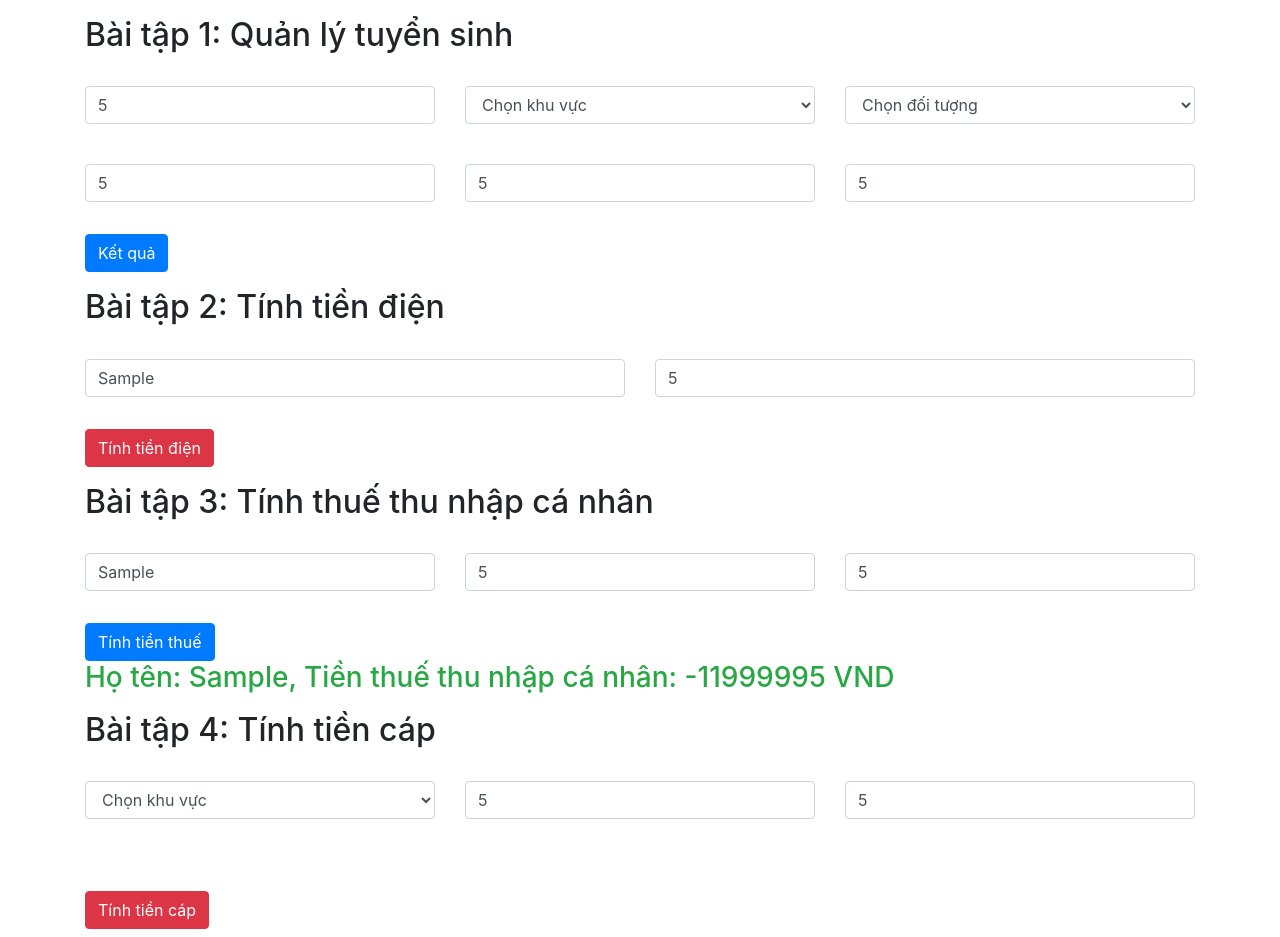
Repository: thanhfrankie/BC10-LeMinhThanh-Js-b5
Page: index.html
The author's editor kept a copy of each file at every save. The page is drawn from the files as they stood at one save, then again after a run of saves.
The browser window is 1280 px wide. The pictures show the whole page.
Empty fields were first filled with sample values (such as "Sample", 5 or name@example.com).
After loading, the first visible `button[onclick="tinhTienThue()"]` was clicked once.

Above is the page before, as saved 2023-12-24 22:06:11.

### index.html
<!DOCTYPE html>
<html lang="en">
  <head>
    <title>Title</title>
    <!-- Required meta tags -->
    <meta charset="utf-8" />
    <meta
      name="viewport"
      content="width=device-width, initial-scale=1, shrink-to-fit=no"
    />

    <!-- Bootstrap CSS -->
    <link
      rel="stylesheet"
      href="https://stackpath.bootstrapcdn.com/bootstrap/4.3.1/css/bootstrap.min.css"
      integrity="sha384-ggOyR0iXCbMQv3Xipma34MD+dH/1fQ784/j6cY/iJTQUOhcWr7x9JvoRxT2MZw1T"
      crossorigin="anonymous"
    />
  </head>
  <body>
    <!-- Bài tập 1 -->
    <div class="container">
      <h2 class="mt-3">Bài tập 1: Quản lý tuyển sinh</h2>
      <div class="row">
        <div class="col-sm-4">
          <div class="form-group">
            <label for="diem-chuan"></label>
            <input
              type="number"
              class="form-control"
              name=""
              id="diem-chuan"
              aria-describedby="helpId"
              placeholder="Điểm chuẩn"
              required
            />
          </div>
        </div>
        <div class="col-sm-4">
          <div class="form-group">
            <label for="khu-vuc"></label>
            <select class="form-control" id="khu-vuc">
              <option selected>Chọn khu vực</option>
              <option>A</option>
              <option>B</option>
              <option>C</option>
            </select>
          </div>
        </div>
        <div class="col-sm-4">
          <div class="form-group">
            <label for="doi-tuong"></label>
            <select class="form-control" id="doi-tuong">
              <option selected>Chọn đối tượng</option>
              <option>1</option>
              <option>2</option>
              <option>3</option>
            </select>
          </div>
        </div>
      </div>
      <div class="row">
        <div class="col-sm-4">
          <div class="form-group">
            <label for="diem-mon-thu-1"></label>
            <input
              type="number"
              class="form-control"
              name=""
              id="diem-mon-thu-1"
              aria-describedby="helpId"
              placeholder="Điểm môn thứ 1"
              required
            />
          </div>
        </div>
        <div class="col-sm-4">
          <div class="form-group">
            <label for="diem-mon-thu-2"></label>
            <input
              type="number"
              class="form-control"
              name=""
              id="diem-mon-thu-2"
              aria-describedby="helpId"
              placeholder="Điểm môn thứ 2"
              required
            />
          </div>
        </div>
        <div class="col-sm-4">
          <div class="form-group">
            <label for="diem-mon-thu-3"></label>
            <input
              type="number"
              class="form-control"
              name=""
              id="diem-mon-thu-3"
              aria-describedby="helpId"
              placeholder="Điểm môn thứ 3"
              required
            />
          </div>
        </div>
      </div>
      <button
        type="button"
        onclick="tuyenSinh()"
        class="btn btn-primary mt-3"
        id="ket-qua-tuyen-sinh"
      >
        Kết quả
      </button>
      <h3 id="ket-qua-cuoi-cung" class="text-success"></h3>
    </div>
    <!-- Bài tập 2 -->
    <div class="container">
      <h2 class="mt-3">Bài tập 2: Tính tiền điện</h2>
      <div class="row">
        <div class="col-sm-6">
          <div class="form-group">
            <label for="ho-ten"></label>
            <input
              type="text"
              class="form-control"
              name=""
              id="ho-ten"
              aria-describedby="helpId"
              placeholder="Nhập họ và tên"
              required
            />
          </div>
        </div>
        <div class="col-sm-6">
          <div class="form-group">
            <label for="so-kw"></label>
            <input
              type="number"
              class="form-control"
              name=""
              id="so-kw"
              aria-describedby="helpId"
              placeholder="Nhập số kw"
              required
            />
          </div>
        </div>
      </div>
      <button
        type="button"
        onclick="tinhTienDien()"
        class="btn btn-danger mt-3"
      >
        Tính tiền điện
      </button>

      <h3 id="thong-tin-hoa-don" class="text-success"></h3>
    </div>
    <!-- Bài tập 3-->
    <div class="container">
      <h2 class="mt-3">Bài tập 3: Tính thuế thu nhập cá nhân</h2>
      <div class="row">
        <div class="col-sm-4">
          <div class="form-group">
            <label for="nguoi-tinh-thue"></label>
            <input
              type="text"
              class="form-control"
              name=""
              id="nguoi-tinh-thue"
              aria-describedby="helpId"
              placeholder="Nhập họ tên"
              required
            />
          </div>
        </div>
        <div class="col-sm-4">
          <div class="form-group">
            <label for="thu-nhap-nam"></label>
            <input
              type="number"
              class="form-control"
              name=""
              id="thu-nhap-nam"
              aria-describedby="helpId"
              placeholder="Tổng thu nhập năm"
              required
            />
          </div>
        </div>
        <div class="col-sm-4">
          <div class="form-group">
            <label for="so-nguoi-phu-thuoc"></label>
            <input
              type="number"
              class="form-control"
              name=""
              id="so-nguoi-phu-thuoc"
              aria-describedby="helpId"
              placeholder="Số người phụ thuộc"
              required
            />
          </div>
        </div>
      </div>
      <button type="button" onclick="tinhTienThue()" class="btn btn-primary mt-3">
        Tính tiền thuế
      </button>
      <h3 id="tinh-tien-thue" class="text-success"></h3>
    </div>
    <!-- Bài tập 4-->
    <div class="container">
      <h2 class="mt-3">Bài tập 4: Tính tiền cáp</h2>
      <div class="row">
        <div class="col-sm-4">
          <div class="form-group">
            <label for="khach-hang"></label>
            <select class="form-control" id="khach-hang" onchange="chonKhachHang()">
              <option selected>Chọn khu vực</option>
              <option>Nhà Dân</option>
              <option>Doanh Nghiệp</option>
            </select>
          </div>
        </div>
        <div class="col-sm-4">
          <div class="form-group">
            <label for="ma-khach-hang"></label>
            <input
              type="number"
              class="form-control"
              name=""
              id="ma-khach-hang"
              aria-describedby="helpId"
              placeholder="Nhập mã khách hàng"
              required
            />
          </div>
        </div>
        <div class="col-sm-4">
          <div class="form-group">
            <label for="kenh-cao-cap"></label>
            <input
              type="number"
              class="form-control"
              name=""
              id="kenh-cao-cap"
              aria-describedby="helpId"
              placeholder="Số kênh cao cấp"
              required
            />
          </div>
        </div>
        <div class="col-sm-4">
          <div class="form-group">
            <label for="so-ket-noi"></label>
            <input
              style="display: none"
              type="number"
              class="form-control"
              name=""
              id="so-ket-noi"
              aria-describedby="helpId"
              placeholder="Số kết nối"
              required
            />
          </div>
        </div>
      </div>
      <button type="button" onclick="tinhTienCap()" class="btn btn-danger mt-3">
        Tính tiền cáp
      </button>

      <h3 id="hoa-don-tien-cap" class="text-success"></h3>
    </div>

    <!-- Optional JavaScript -->
    <!-- jQuery first, then Popper.js, then Bootstrap JS -->
    <script
      src="https://code.jquery.com/jquery-3.3.1.slim.min.js"
      integrity="sha384-q8i/X+965DzO0rT7abK41JStQIAqVgRVzpbzo5smXKp4YfRvH+8abtTE1Pi6jizo"
      crossorigin="anonymous"
    ></script>
    <script
      src="https://cdnjs.cloudflare.com/ajax/libs/popper.js/1.14.7/umd/popper.min.js"
      integrity="sha384-UO2eT0CpHqdSJQ6hJty5KVphtPhzWj9WO1clHTMGa3JDZwrnQq4sF86dIHNDz0W1"
      crossorigin="anonymous"
    ></script>
    <script
      src="https://stackpath.bootstrapcdn.com/bootstrap/4.3.1/js/bootstrap.min.js"
      integrity="sha384-JjSmVgyd0p3pXB1rRibZUAYoIIy6OrQ6VrjIEaFf/nJGzIxFDsf4x0xIM+B07jRM"
      crossorigin="anonymous"
    ></script>
    <script src="./index.js"></script>
  </body>
</html>

### index.js
// Bài tập 1
/**
 * B1: tạo biến, lấy giá trị từ input
 * B2: Xét các trường hợp
 * + nếu có môn điểm 0 => rớt
 * + chọn điểm chuẩn: ví dụ: 25
 * + tính điểm ưu tiên
 * + tính điểm tổng kết = tổng 3 môn thi + điểm ưu tiên
 * + so sánh điểm tổng kết và điểm chuẩn để kết luận đậu hay rớt
 * + gán sự kiện cho button
 * B3: hiển thị kết quả
 */
function tuyenSinh() {
  var diemMon1 = document.getElementById("diem-mon-thu-1").value * 1;
  var diemMon2 = document.getElementById("diem-mon-thu-2").value * 1;
  var diemMon3 = document.getElementById("diem-mon-thu-3").value * 1;
  var khuVucA = 2;
  var khuVucB = 1;
  var khuVucC = 0.5;
  var doiTuong1 = 2.5;
  var doiTuong2 = 1.5;
  var doiTuong3 = 1;
  var diemKhuVuc = document.getElementById("khu-vuc").value;
  var diemDoiTuong = document.getElementById("doi-tuong").value * 1;
  var diemUuTien = 0;
  var diemTongKet = 0;
  var ketQua = document.getElementById("ket-qua-cuoi-cung");
  var tongDiem3Mon = diemMon1 + diemMon2 + diemMon3;
  var diemChuan = document.getElementById("diem-chuan").value * 1;
  if (diemMon1 === 0 || diemMon2 === 0 || diemMon3 === 0) {
    ketQua.innerText = `Kết quả: Rớt!!!`;
  }
  if (
    diemKhuVuc !== "A" ||
    diemKhuVuc !== "B" ||
    diemKhuVuc !== "C" ||
    diemDoiTuong !== 1 ||
    diemDoiTuong !== 2 ||
    diemDoiTuong !== 3
  ) {
    ketQua.innerText = `Vui lòng chọn khu vực và đối tượng`;
  }
  if (diemKhuVuc === "A" && diemDoiTuong == 1) {
    diemUuTien = khuVucA + doiTuong1;

    diemTongKet = tongDiem3Mon + diemUuTien;
    if (diemTongKet < diemChuan) {
      return (ketQua.innerText = `Kết quả: ${diemTongKet} - Rớt!!!`);
    }
    return (ketQua.innerText = `Kết quả: ${diemTongKet} - Đậu `);
  }
  if (diemKhuVuc === "A" && diemDoiTuong == 2) {
    diemUuTien = khuVucA + doiTuong2;

    diemTongKet = tongDiem3Mon + diemUuTien;
    if (diemTongKet < diemChuan) {
      return (ketQua.innerText = `Kết quả: ${diemTongKet} - Rớt!!!`);
    }
    return (ketQua.innerText = `Kết quả: ${diemTongKet} - Đậu `);
  }
  if (diemKhuVuc === "A" && diemDoiTuong == 3) {
    diemUuTien = khuVucA + doiTuong3;

    diemTongKet = tongDiem3Mon + diemUuTien;
    if (diemTongKet < diemChuan) {
      return (ketQua.innerText = `Kết quả: ${diemTongKet} - Rớt!!!`);
    }
    return (ketQua.innerText = `Kết quả: ${diemTongKet} - Đậu `);
  }
  if (diemKhuVuc === "B" && diemDoiTuong == 1) {
    diemUuTien = khuVucB + doiTuong1;

    diemTongKet = tongDiem3Mon + diemUuTien;
    if (diemTongKet < diemChuan) {
      return (ketQua.innerText = `Kết quả: ${diemTongKet} - Rớt!!!`);
    }
    return (ketQua.innerText = `Kết quả: ${diemTongKet} - Đậu `);
  }
  if (diemKhuVuc === "B" && diemDoiTuong == 2) {
    diemUuTien = khuVucB + doiTuong2;

    diemTongKet = tongDiem3Mon + diemUuTien;
    if (diemTongKet < diemChuan) {
      return (ketQua.innerText = `Kết quả: ${diemTongKet} - Rớt!!!`);
    }
    return (ketQua.innerText = `Kết quả: ${diemTongKet} - Đậu `);
  }
  if (diemKhuVuc === "B" && diemDoiTuong == 3) {
    diemUuTien = khuVucB + doiTuong3;

    diemTongKet = tongDiem3Mon + diemUuTien;
    if (diemTongKet < diemChuan) {
      return (ketQua.innerText = `Kết quả: ${diemTongKet} - Rớt!!!`);
    }
    return (ketQua.innerText = `Kết quả: ${diemTongKet} - Đậu `);
  }
  if (diemKhuVuc === "C" && diemDoiTuong == 1) {
    diemUuTien = khuVucC + doiTuong1;

    diemTongKet = tongDiem3Mon + diemUuTien;
    if (diemTongKet < diemChuan) {
      return (ketQua.innerText = `Kết quả: ${diemTongKet} - Rớt!!!`);
    }
    return (ketQua.innerText = `Kết quả: ${diemTongKet} - Đậu `);
  }
  if (diemKhuVuc === "C" && diemDoiTuong == 2) {
    diemUuTien = khuVucC + doiTuong2;

    diemTongKet = tongDiem3Mon + diemUuTien;
    if (diemTongKet < diemChuan) {
      return (ketQua.innerText = `Kết quả: ${diemTongKet} - Rớt!!!`);
    }
    return (ketQua.innerText = `Kết quả: ${diemTongKet} - Đậu `);
  }
  if (diemKhuVuc === "C" && diemDoiTuong == 3) {
    diemUuTien = khuVucC + doiTuong3;

    diemTongKet = tongDiem3Mon + diemUuTien;
    if (diemTongKet < diemChuan) {
      return (ketQua.innerText = `Kết quả: ${diemTongKet} - Rớt!!!`);
    }
    return (ketQua.innerText = `Kết quả: ${diemTongKet} - Đậu `);
  }
}

// Bài tập 2
/**
 * B1: tạo biến, lấy giá trị từ input
 * B2: Tính tiền điện
 * + tạo biến để tính số tiền điện theo kw
 * + xét các trường hợp tiêu thụ điện và tính số tiền tương ứng
 * + gán sự kiện click cho button
 * B3: hiển thị kết quả
 */
function tinhTienDien() {
  var hoTen = document.getElementById("ho-ten").value;
  var soKw = document.getElementById("so-kw").value * 1;
  var ketQua = document.getElementById("thong-tin-hoa-don");
  var tienPhaiTra = 0;
  if (soKw <= 50) {
    tienPhaiTra = soKw * 500;
    return (ketQua.innerText = `Họ tên: ${hoTen}, Tiền điện: ${tienPhaiTra}`);
  }
  if (50 < soKw && soKw <= 100) {
    tienPhaiTra = 50 * 500 + (soKw - 50) * 650;
    return (ketQua.innerText = `Họ tên: ${hoTen}, Tiền điện: ${tienPhaiTra}`);
  }
  if (100 < soKw && soKw <= 200) {
    tienPhaiTra = 50 * 500 + 50 * 650 + (soKw - 100) * 850;
    return (ketQua.innerText = `Họ tên: ${hoTen}, Tiền điện: ${tienPhaiTra}`);
  }
  if (200 < soKw && soKw <= 350) {
    tienPhaiTra = 50 * 500 + 50 * 650 + 100 * 850 + (soKw - 200) * 1100;
    return (ketQua.innerText = `Họ tên: ${hoTen}, Tiền điện: ${tienPhaiTra}`);
  }
  if (soKw > 350) {
    tienPhaiTra =
      50 * 500 + 50 * 650 + 100 * 850 + 150 * 1100 + (soKw - 350) * 1300;
    return (ketQua.innerText = `Họ tên: ${hoTen}, Tiền điện: ${tienPhaiTra}`);
  }
}

// Bài tập 3
/**
 * B1: tạo biến, lấy giá trị từ input
 * B2: Tính thuế thu nhập cá nhân
 * + tạo biến để tính tiền thuế theo công thức
 * + gán sự kiện click cho button
 * B3: hiển thị kết quả
 */
function tinhTienThue() {
  var hoTen = document.getElementById("nguoi-tinh-thue").value
  var thuNhapNam = document.getElementById("thu-nhap-nam").value*1
  var soNguoiPhuThuoc = document.getElementById("so-nguoi-phu-thuoc").value * 1
  var thuNhapChiuThue = document.getElementById("tinh-tien-thue")
  var tienThuNhapCaNhan = 0
  if (thuNhapNam < 60) {
    tienThuNhapCaNhan = thuNhapNam - 4e+6 - soNguoiPhuThuoc * 1.6e+6
    return thuNhapChiuThue.innerHTML= `Họ tên: ${hoTen}, Tiền thuế thu nhập cá nhân: ${tienThuNhapCaNhan} VND `
  }
  if (thuNhapNam >= 60 && thuNhapNam <120) {
    tienThuNhapCaNhan = (thuNhapNam*0.05 - 4e+6 - soNguoiPhuThuoc * 1.6e+6)/12
    return thuNhapChiuThue.innerHTML= `Họ tên: ${hoTen}, Tiền thuế thu nhập cá nhân: ${tienThuNhapCaNhan} VND `
  }
}



// Bài tập 4
/**
 * B1: tạo biến, lấy giá trị từ input
 * B2: Tính tiền cáp
 * + gắn sự kiện onchange cho button để kiểm tra có phải Doanh Nghiệp hay không
 * + xét các trường hợp nhà dân, doanh nghiệp để tính hóa đơn
 * + gán sự kiện click cho button
 * B3: hiển thị kết quả
 */
function chonKhachHang() {
  var khachHang = document.getElementById("khach-hang").value;
  var soKetNoi = document.getElementById("so-ket-noi");

  if (khachHang === "Doanh Nghiệp") {
    soKetNoi.style.display = "block";
  } else {
    soKetNoi.style.display = "none";
  }
}

function tinhTienCap() {
  var khachHang = document.getElementById("khach-hang").value;
  var maKhachHang = document.getElementById("ma-khach-hang").value;
  var kenhCaoCap = document.getElementById("kenh-cao-cap").value;
  var soKetNoi = document.getElementById("so-ket-noi").value;
  var hoaDonTienCap = document.getElementById("hoa-don-tien-cap");
  var tongTienPhaiTra = 0;
  var phiXuLyHoaDonNhaDan = 4.5;
  var phiDichVuCoBanNhaDan = 20.5;
  var thueKenhCaoCapNhaDan = 7.5;
  var phiXuLyHoaDonDoanhNghiep = 15;
  var phiDichVuCoBanDoanhNghiep = 0;
  var thueKenhCaoCapDoanhNghiep = 50;
  if (khachHang === "Nhà Dân") {
    tongTienPhaiTra =
      phiXuLyHoaDonNhaDan +
      phiDichVuCoBanNhaDan +
      thueKenhCaoCapNhaDan * kenhCaoCap;
    hoaDonTienCap.innerHTML = ` Khách hàng: ${maKhachHang}, tiền cáp: ${tongTienPhaiTra}  `;
  }
  if (khachHang === "Doanh Nghiệp") {
    if (soKetNoi > 0 && soKetNoi <= 10) {
      phiDichVuCoBanDoanhNghiep = 75;
    }
    if (soKetNoi > 10) {
      phiDichVuCoBanDoanhNghiep = 75 + (soKetNoi - 10) * 5;
    }
    tongTienPhaiTra =
      phiXuLyHoaDonDoanhNghiep +
      phiDichVuCoBanDoanhNghiep +
      thueKenhCaoCapDoanhNghiep * kenhCaoCap;
  }
  hoaDonTienCap.innerHTML = ` Khách hàng: ${khachHang}, tiền cáp: ${tongTienPhaiTra}  `;
}

After the next 2 saves:
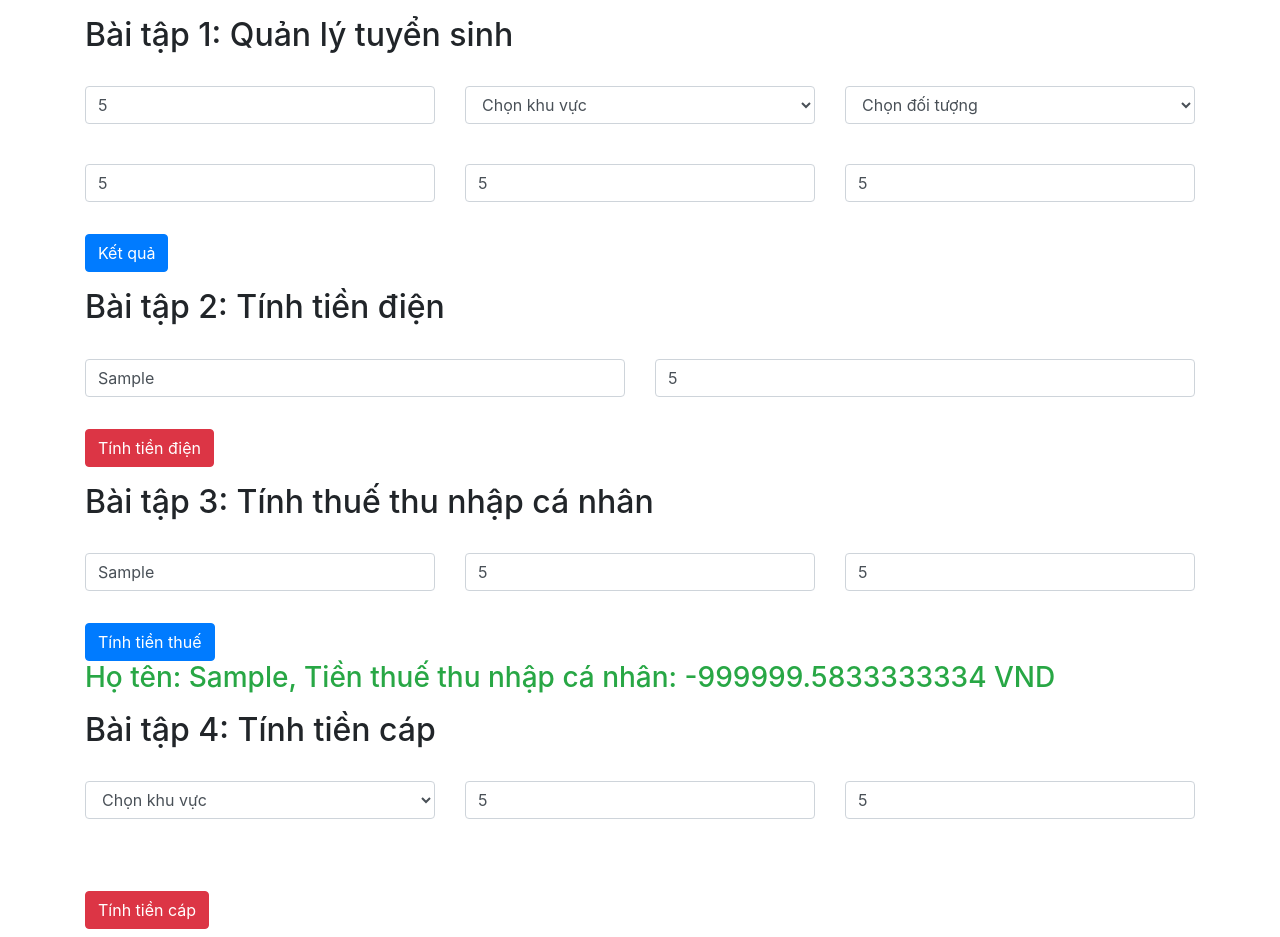
The 2 saves are shown as one change because they came seconds apart.
The last was saved 12 s later.
--- a/index.js
+++ b/index.js
@@ -175,7 +175,7 @@ function tinhTienThue() {
   var thuNhapChiuThue = document.getElementById("tinh-tien-thue")
   var tienThuNhapCaNhan = 0
   if (thuNhapNam < 60) {
-    tienThuNhapCaNhan = thuNhapNam - 4e+6 - soNguoiPhuThuoc * 1.6e+6
+    tienThuNhapCaNhan = (thuNhapNam - 4e+6 - soNguoiPhuThuoc * 1.6e+6)/12
     return thuNhapChiuThue.innerHTML= `Họ tên: ${hoTen}, Tiền thuế thu nhập cá nhân: ${tienThuNhapCaNhan} VND `
   }
   if (thuNhapNam >= 60 && thuNhapNam <120) {
